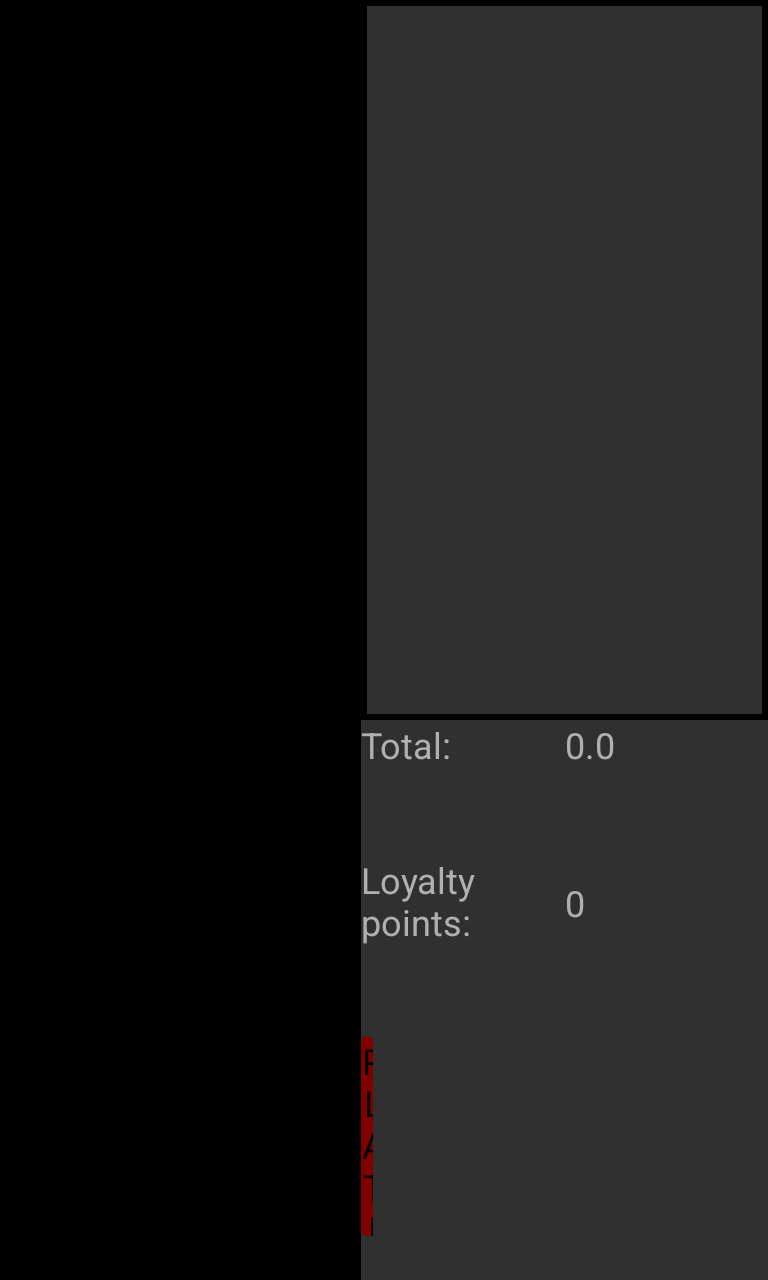
Repository: dzenisahusic/AndroidApp
Layout: Edit2014Sales/res/layout/fragment_kasa.xml
These files come from the project's save history. The layout is drawn as it stood at one moment and after the next save; the edit follows.
It is drawn on a 768 x 1280 px phone screen (xhdpi) without system bars, with theme AppTheme; the app's code is not run. Lists and similar views that code fills are empty.

Above is the layout before, as saved 2014-07-15 18:46:30.

After the next save:
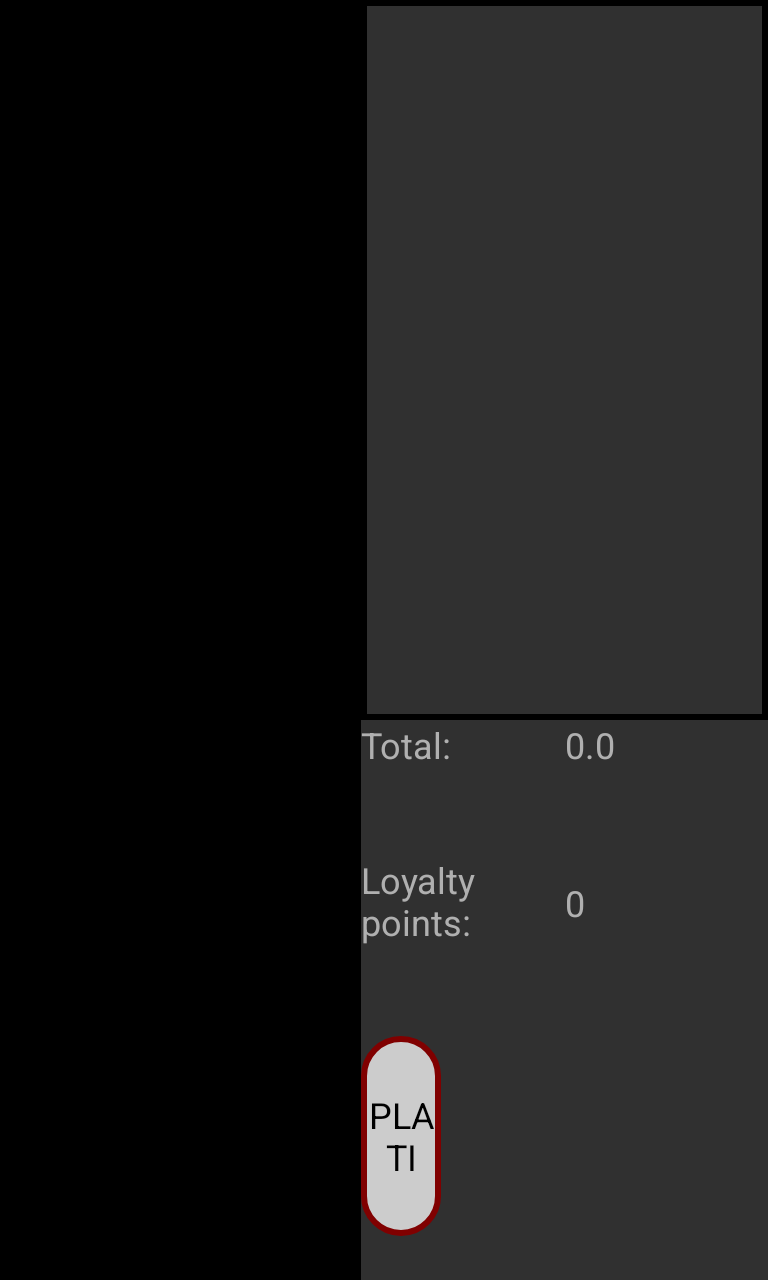
Saved 18 s later.
--- a/Edit2014Sales/res/layout/fragment_kasa.xml
+++ b/Edit2014Sales/res/layout/fragment_kasa.xml
@@ -178,7 +178,7 @@
 
                            <Button
                     android:id="@+id/plati"
-                    android:layout_width="6dp"
+                    android:layout_width="40dp"
                     android:layout_height="100dp"
                     android:text="PLATI"
                     android:background="@drawable/rounded_corner_top"/>
